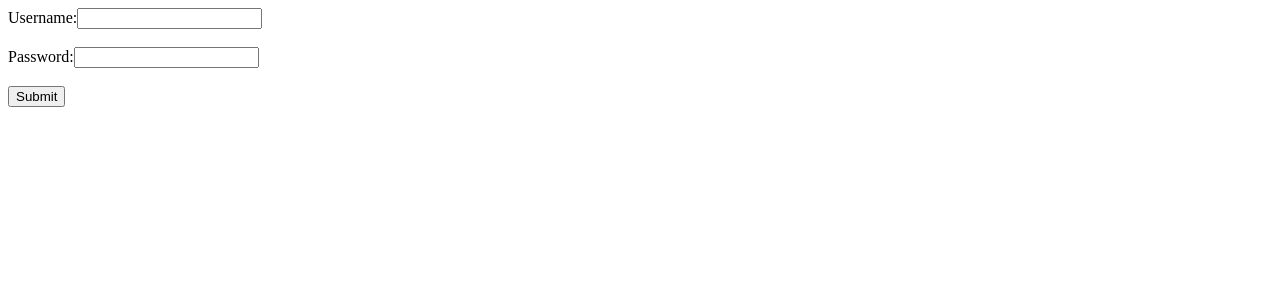
Repository: nagarjuna0287/workspace
Page: ServletProject/WebContent/Login.html
These files come from the project's save history. The page is drawn as it stood at one moment and after the next save; the edit follows.
The browser window is 1280 px wide. The pictures show the whole page.

Above is the page before, as saved 2017-03-08 00:48:55.

After the next save:
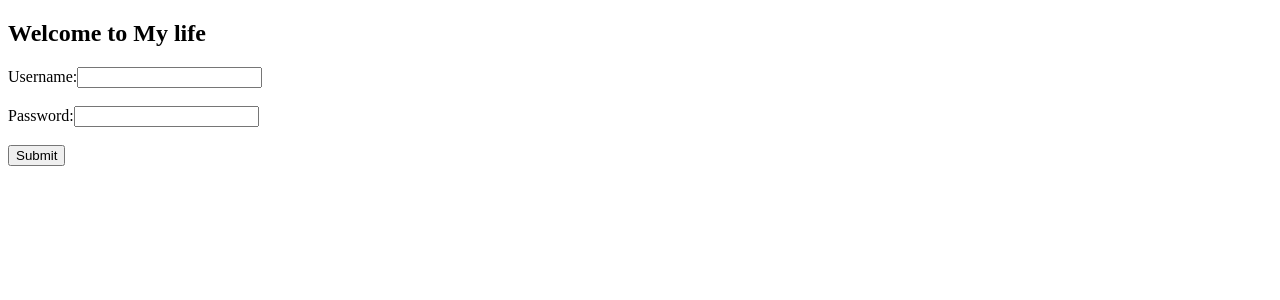
Saved 71 s later.
--- a/ServletProject/WebContent/Login.html
+++ b/ServletProject/WebContent/Login.html
@@ -4,6 +4,7 @@
 <title>LoginPage</title>
 </head>
 <body>
+<h2>Welcome to My life</h2>
 <form action="LoginServlet" method="post">
 Username:<input type=text name="uname"></input>
 <br></br>
